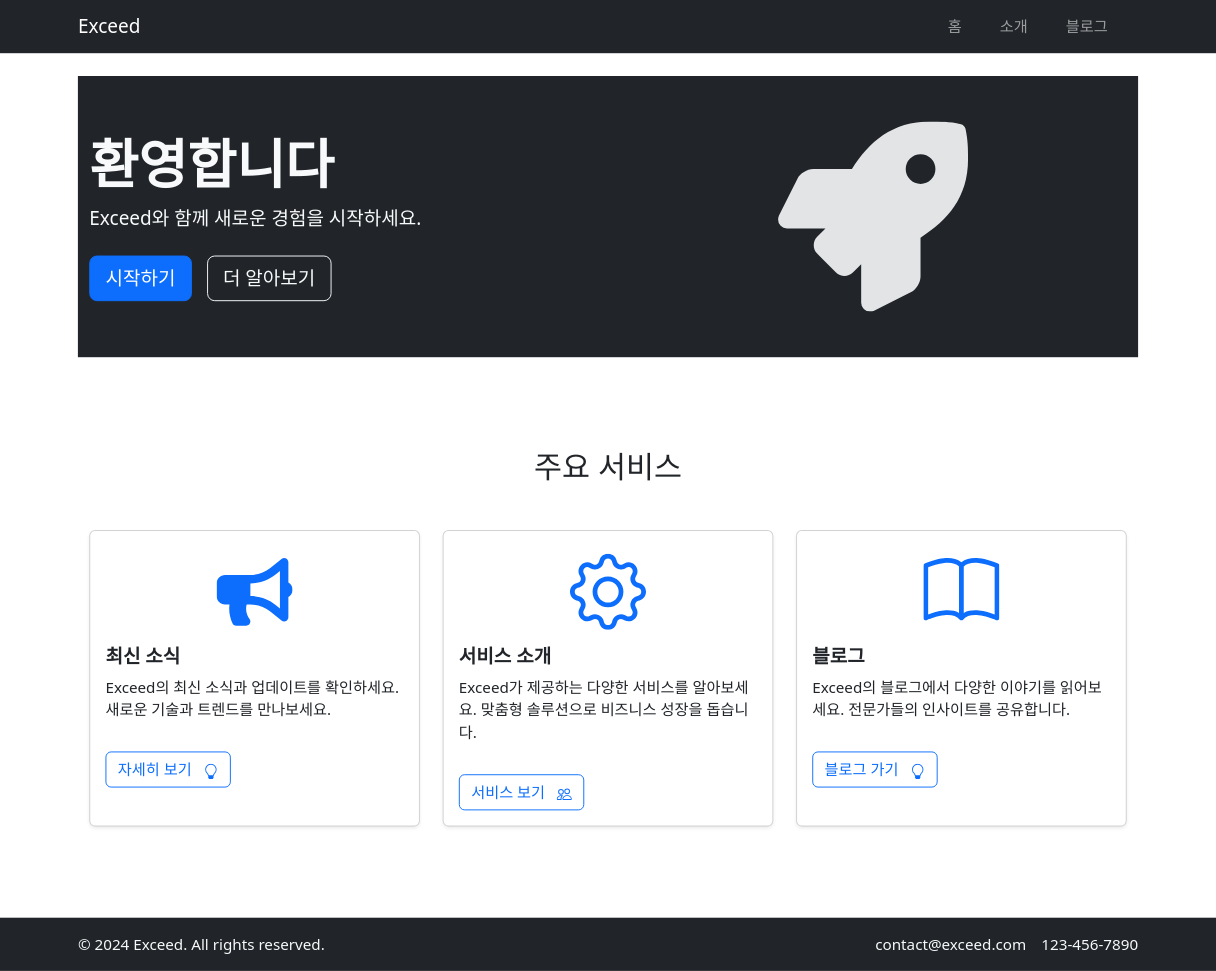
Repository: somej-123/exceed
Page: /
The author's editor kept a copy of each file at every save. The page is drawn from the files as they stood at one save, then again after the next save.
The browser window is 1280 px wide. The pictures show the whole page, at 95% of full size.
The project was rebuilt for these pictures with package versions that can differ from the ones it lists, and the page was loaded fresh each time. Also part of the build but not shown: vite.config.ts, src/pages/Info.tsx, src/pages/Blog.tsx.

Above is the page before, as saved 2025-03-23 19:17:55.

After the next save:
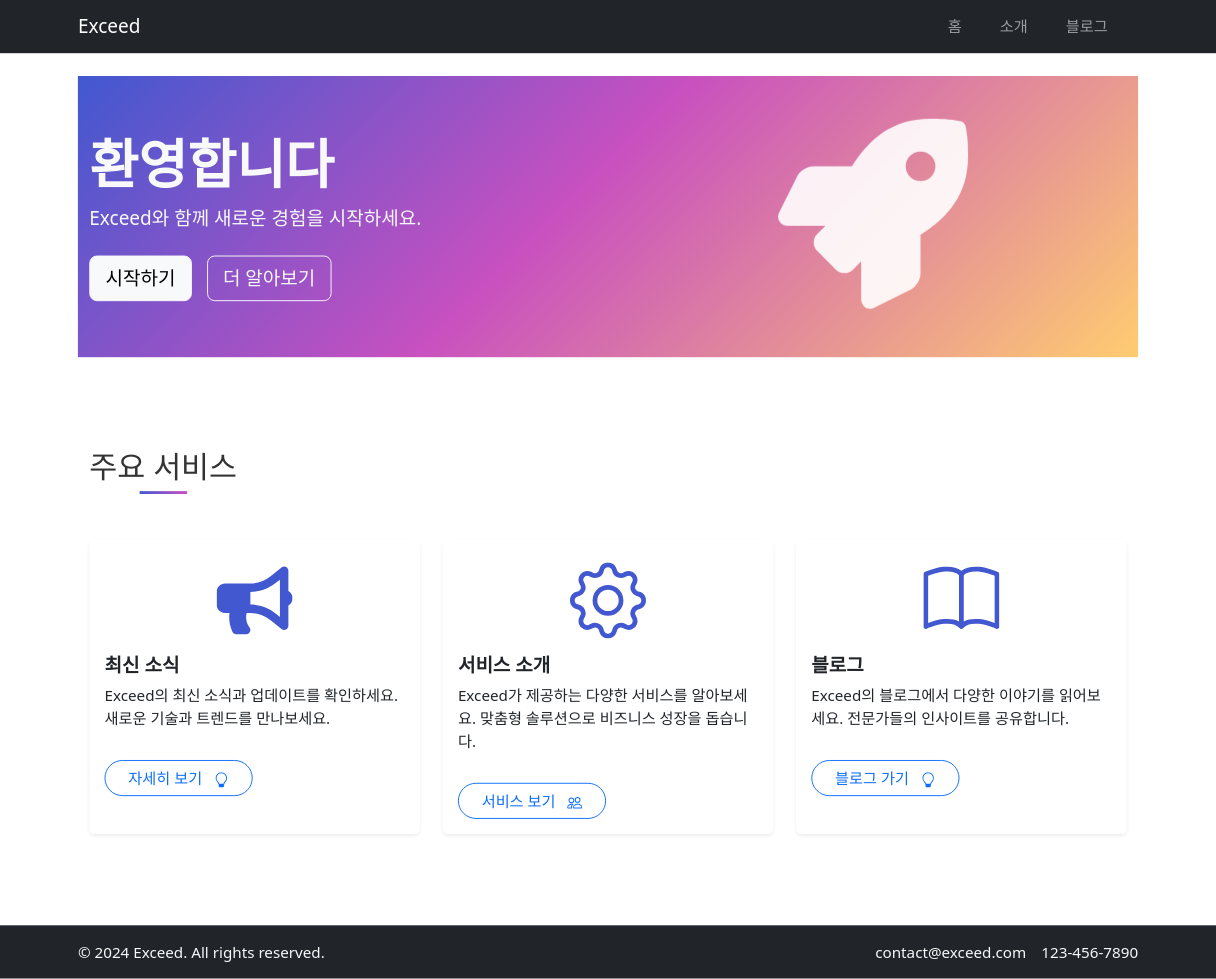
Saved 72 s later.
--- a/src/pages/Home.tsx
+++ b/src/pages/Home.tsx
@@ -6,17 +6,17 @@ const Home = () => {
   return (
     <>
       {/* 히어로 섹션 */}
-      <div className="bg-dark text-light py-5 mb-5">
+      <div className="hero-section text-light py-5 mb-5">
         <Container>
           <Row className="align-items-center">
             <Col md={6} className="mb-4 mb-md-0">
               <h1 className="display-4 fw-bold">환영합니다</h1>
               <p className="lead mb-4">Exceed와 함께 새로운 경험을 시작하세요.</p>
-              <Button variant="primary" size="lg" className="me-3">시작하기</Button>
+              <Button variant="light" size="lg" className="me-3">시작하기</Button>
               <Button variant="outline-light" size="lg">더 알아보기</Button>
             </Col>
             <Col md={6} className="text-center">
-              <FaRocket size={200} style={{ opacity: '0.9' }} />
+              <FaRocket size={200} className="hero-icon" />
             </Col>
           </Row>
         </Container>
@@ -24,12 +24,12 @@ const Home = () => {
 
       {/* 주요 서비스 섹션 */}
       <Container className="py-5">
-        <h2 className="text-center mb-5">주요 서비스</h2>
+        <h2 className="text-center mb-5 section-title">주요 서비스</h2>
         <Row>
           <Col md={4} className="mb-4">
-            <Card className="h-100 shadow-sm hover-card">
+            <Card className="h-100 shadow-sm hover-card border-0">
               <div className="text-center pt-4">
-                <FaBullhorn size={80} className="text-primary" />
+                <FaBullhorn size={80} className="service-icon" />
               </div>
               <Card.Body>
                 <Card.Title className="fw-bold">최신 소식</Card.Title>
@@ -37,16 +37,16 @@ const Home = () => {
                   Exceed의 최신 소식과 업데이트를 확인하세요.
                   새로운 기술과 트렌드를 만나보세요.
                 </Card.Text>
-                <Button variant="outline-primary" className="mt-3">
+                <Button variant="outline-primary" className="mt-3 rounded-pill">
                   자세히 보기 <BsLightbulb className="ms-2" />
                 </Button>
               </Card.Body>
             </Card>
           </Col>
           <Col md={4} className="mb-4">
-            <Card className="h-100 shadow-sm hover-card">
+            <Card className="h-100 shadow-sm hover-card border-0">
               <div className="text-center pt-4">
-                <BsGear size={80} className="text-primary" />
+                <BsGear size={80} className="service-icon" />
               </div>
               <Card.Body>
                 <Card.Title className="fw-bold">서비스 소개</Card.Title>
@@ -54,16 +54,16 @@ const Home = () => {
                   Exceed가 제공하는 다양한 서비스를 알아보세요.
                   맞춤형 솔루션으로 비즈니스 성장을 돕습니다.
                 </Card.Text>
-                <Button variant="outline-primary" className="mt-3">
+                <Button variant="outline-primary" className="mt-3 rounded-pill">
                   서비스 보기 <BsPeople className="ms-2" />
                 </Button>
               </Card.Body>
             </Card>
           </Col>
           <Col md={4} className="mb-4">
-            <Card className="h-100 shadow-sm hover-card">
+            <Card className="h-100 shadow-sm hover-card border-0">
               <div className="text-center pt-4">
-                <BsBook size={80} className="text-primary" />
+                <BsBook size={80} className="service-icon" />
               </div>
               <Card.Body>
                 <Card.Title className="fw-bold">블로그</Card.Title>
@@ -71,7 +71,7 @@ const Home = () => {
                   Exceed의 블로그에서 다양한 이야기를 읽어보세요.
                   전문가들의 인사이트를 공유합니다.
                 </Card.Text>
-                <Button variant="outline-primary" className="mt-3">
+                <Button variant="outline-primary" className="mt-3 rounded-pill">
                   블로그 가기 <BsLightbulb className="ms-2" />
                 </Button>
               </Card.Body>
@@ -82,11 +82,63 @@ const Home = () => {
 
       {/* CSS 스타일 */}
       <style>{`
+        .hero-section {
+          background: linear-gradient(135deg, #4158D0 0%, #C850C0 46%, #FFCC70 100%);
+          position: relative;
+          overflow: hidden;
+        }
+
+        .hero-icon {
+          animation: float 3s ease-in-out infinite;
+          color: rgba(255, 255, 255, 0.9);
+        }
+
+        .section-title {
+          color: #333;
+          position: relative;
+          display: inline-block;
+          padding-bottom: 10px;
+        }
+
+        .section-title::after {
+          content: '';
+          position: absolute;
+          width: 50px;
+          height: 3px;
+          bottom: 0;
+          left: 50%;
+          transform: translateX(-50%);
+          background: linear-gradient(to right, #4158D0, #C850C0);
+        }
+
+        .service-icon {
+          color: #4158D0;
+          transition: color 0.3s ease;
+        }
+
         .hover-card {
-          transition: transform 0.2s ease-in-out;
+          transition: all 0.3s ease-in-out;
+          background: #fff;
         }
+
         .hover-card:hover {
           transform: translateY(-5px);
+          box-shadow: 0 10px 20px rgba(0,0,0,0.1) !important;
+        }
+
+        .hover-card:hover .service-icon {
+          color: #C850C0;
+        }
+
+        @keyframes float {
+          0% { transform: translateY(0px); }
+          50% { transform: translateY(-20px); }
+          100% { transform: translateY(0px); }
+        }
+
+        .rounded-pill {
+          padding-left: 1.5rem;
+          padding-right: 1.5rem;
         }
       `}</style>
     </>
